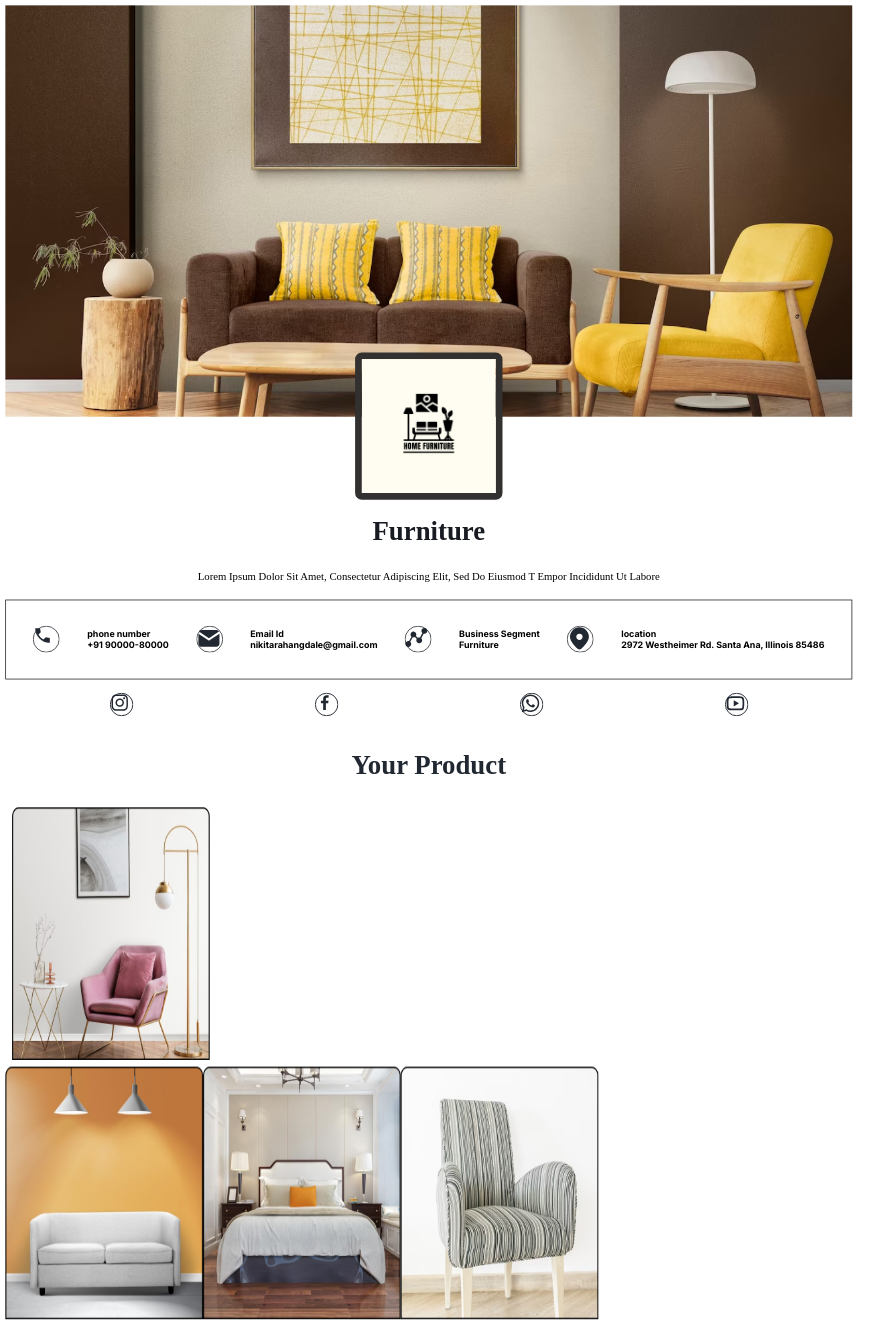
Repository: nikita120402/next13-deploy
Page: /
The author's editor kept a copy of each file at every save. The page is drawn from the files as they stood at one save, then again after the next save.
The browser window is 1280 px wide. The page is 1280 px wide, then 1335 px, so the pictures cover 1335 px, including what lies to the right of the window. The pictures show the whole page, at 67% of full size.
The project was rebuilt for these pictures with package versions that can differ from the ones it lists, and the page was loaded fresh each time. The framework's server and built-in components were replaced by stand-ins that run in the browser. Also part of the build but not shown: next.config.js.

Above is the page before, as saved 2023-08-02 18:30:56.

After the next save:
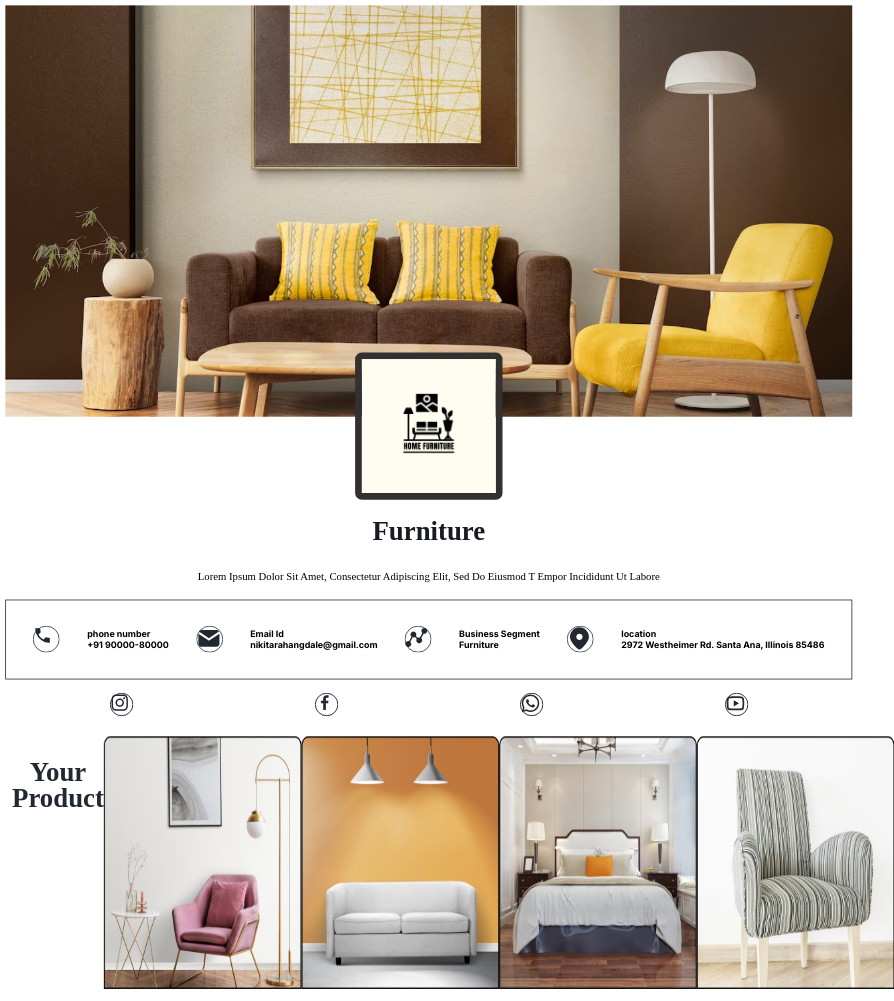
Saved 38 s later.
--- a/src/app/page.tsx
+++ b/src/app/page.tsx
@@ -84,10 +84,9 @@ export default function Page() {
 </svg>
 
 </div>
-<div>
+<div className={styles.product} >
       <h2 className={styles.heading}>Your Product</h2>
       <Image
-      className={styles.product}
           src="/../public/image/Chair.jpg"
           alt="Picture"
           width={295}
